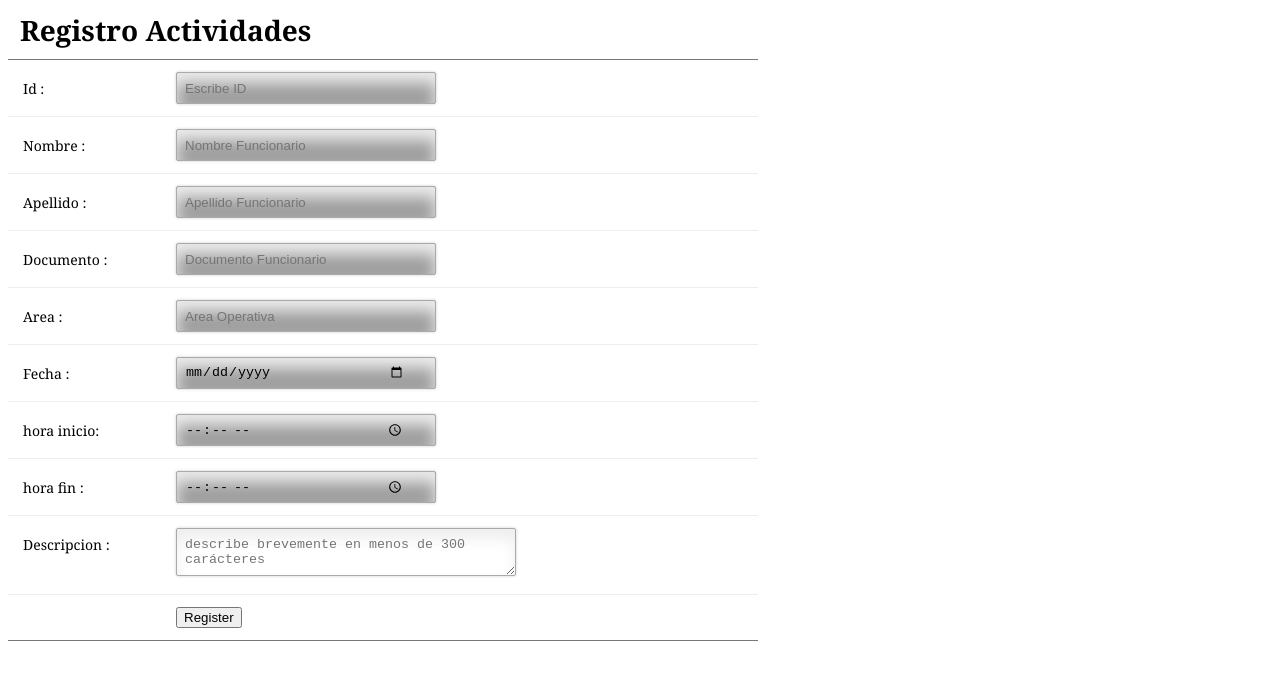
Repository: Yale2024/repo-registro-act
Page: templates/register.html
These files come from the project's save history. The page is drawn as it stood at one moment and after the next save; the edit follows.
The browser window is 1280 px wide. The pictures show the whole page.
Pictures or frames that could not be fetched are drawn as grey boxes.

Above is the page before, as saved 2024-09-15 07:59:03.

After the next save:
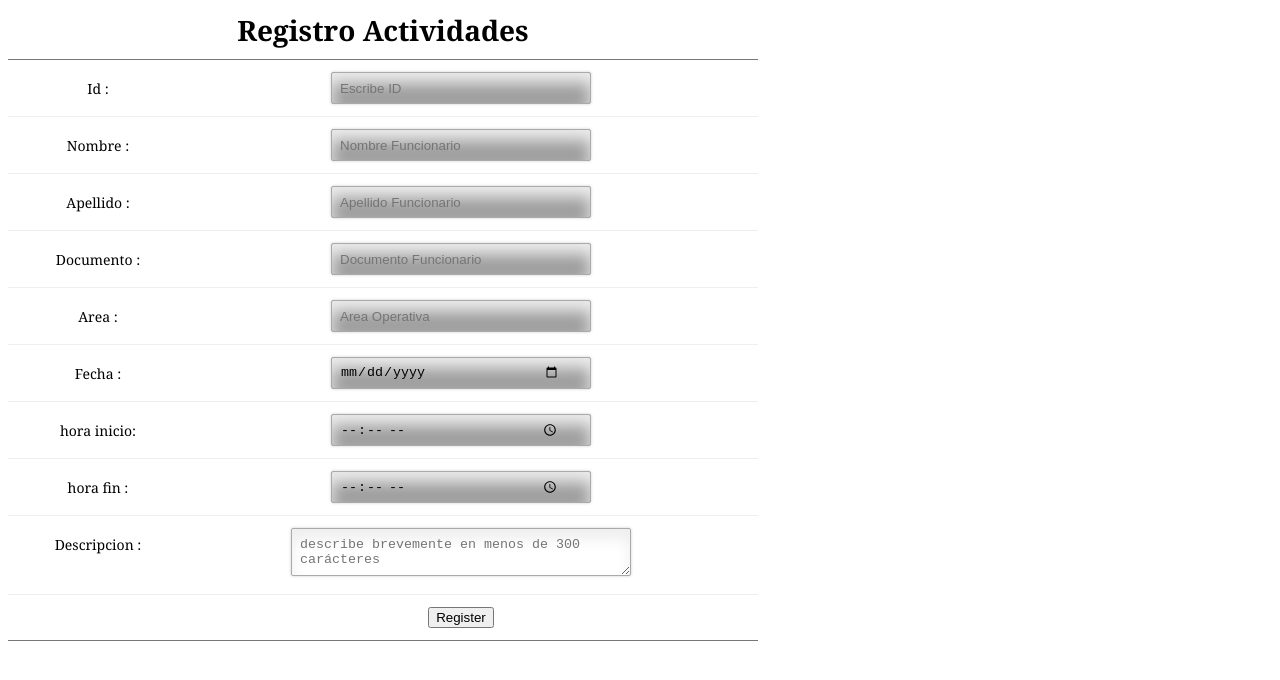
Saved 113 s later.
--- a/static/css/styleRegister.css
+++ b/static/css/styleRegister.css
@@ -1,8 +1,7 @@
-/* form{
+form{
     text-align: center;
-    font-size: 30px;
 }
-
+/*
 body{
     background-color: #f7bb6dea;
 }

After the save that followed:
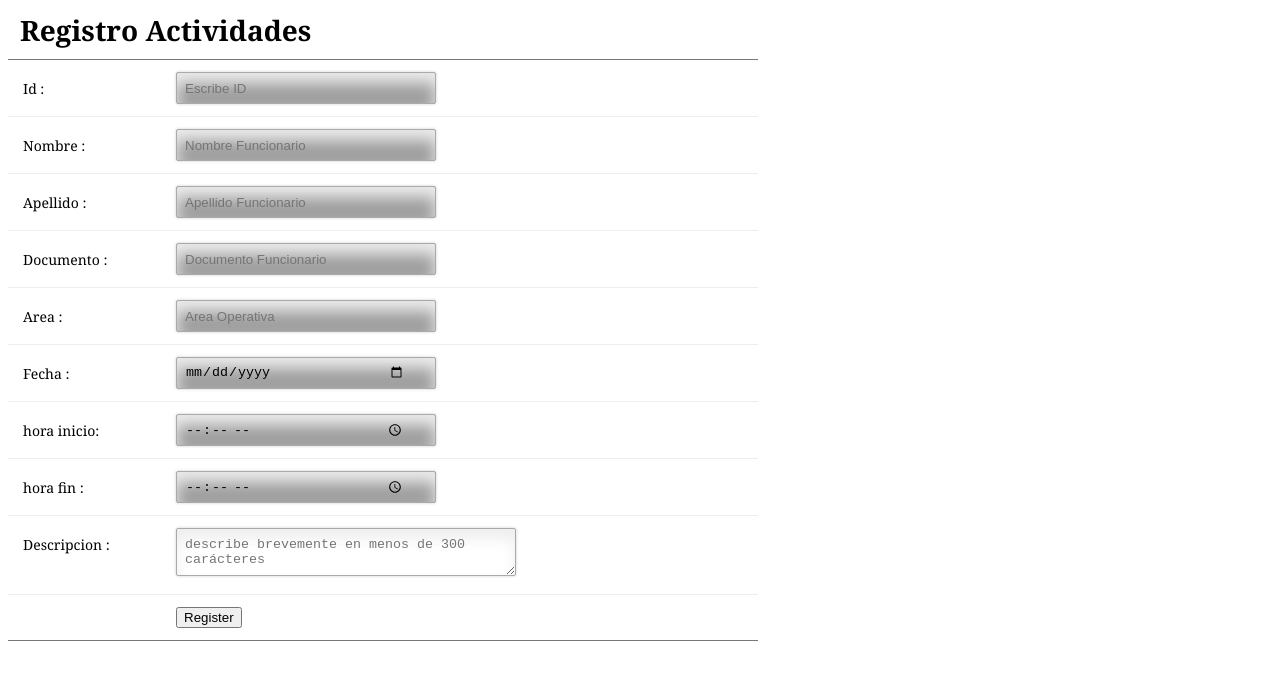
Saved 51 s later.
--- a/static/css/styleRegister.css
+++ b/static/css/styleRegister.css
@@ -1,5 +1,6 @@
-form{
+/* form{
     text-align: center;
+    font-size: 30px;
 }
 /*
 body{
